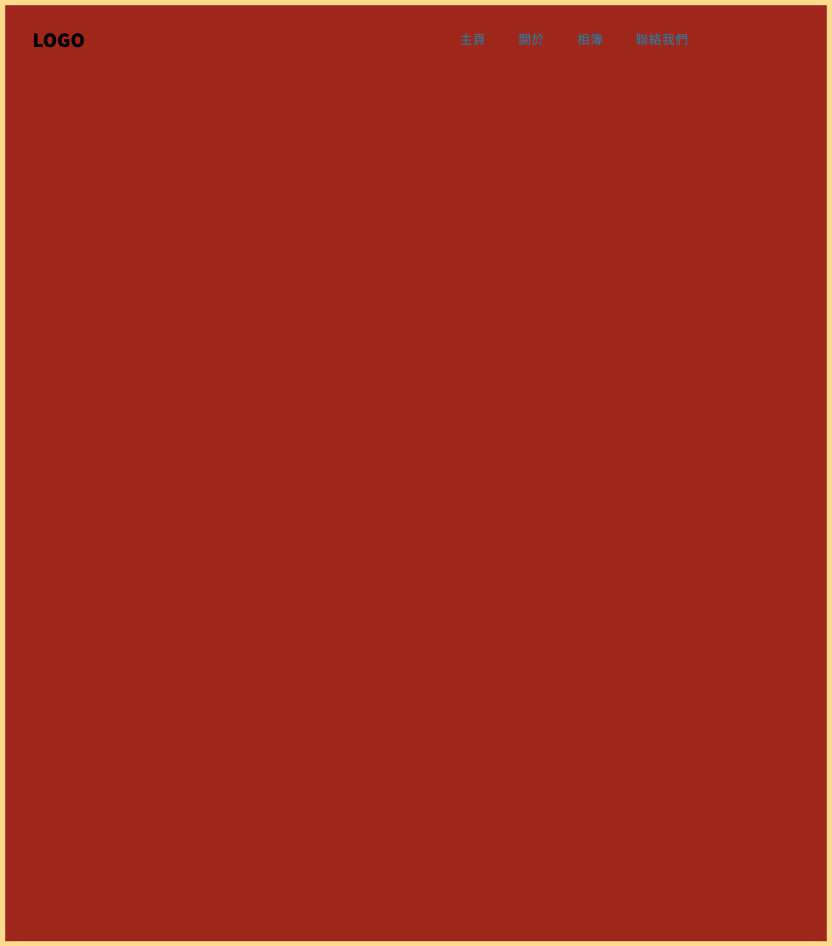
Repository: KevinYu0515/guanghui-food-website
Page: /
The author's editor kept a copy of each file at every save. The page is drawn from the files as they stood at one save, then again after a run of saves.
The browser window is 1280 px wide. The pictures show the whole page, at 65% of full size.
The project was rebuilt for these pictures with package versions that can differ from the ones it lists, and the page was loaded fresh each time. Also part of the build but not shown: vue.config.js.

Above is the page before, as saved 2022-03-17 14:39:08.

After the next 2 saves:
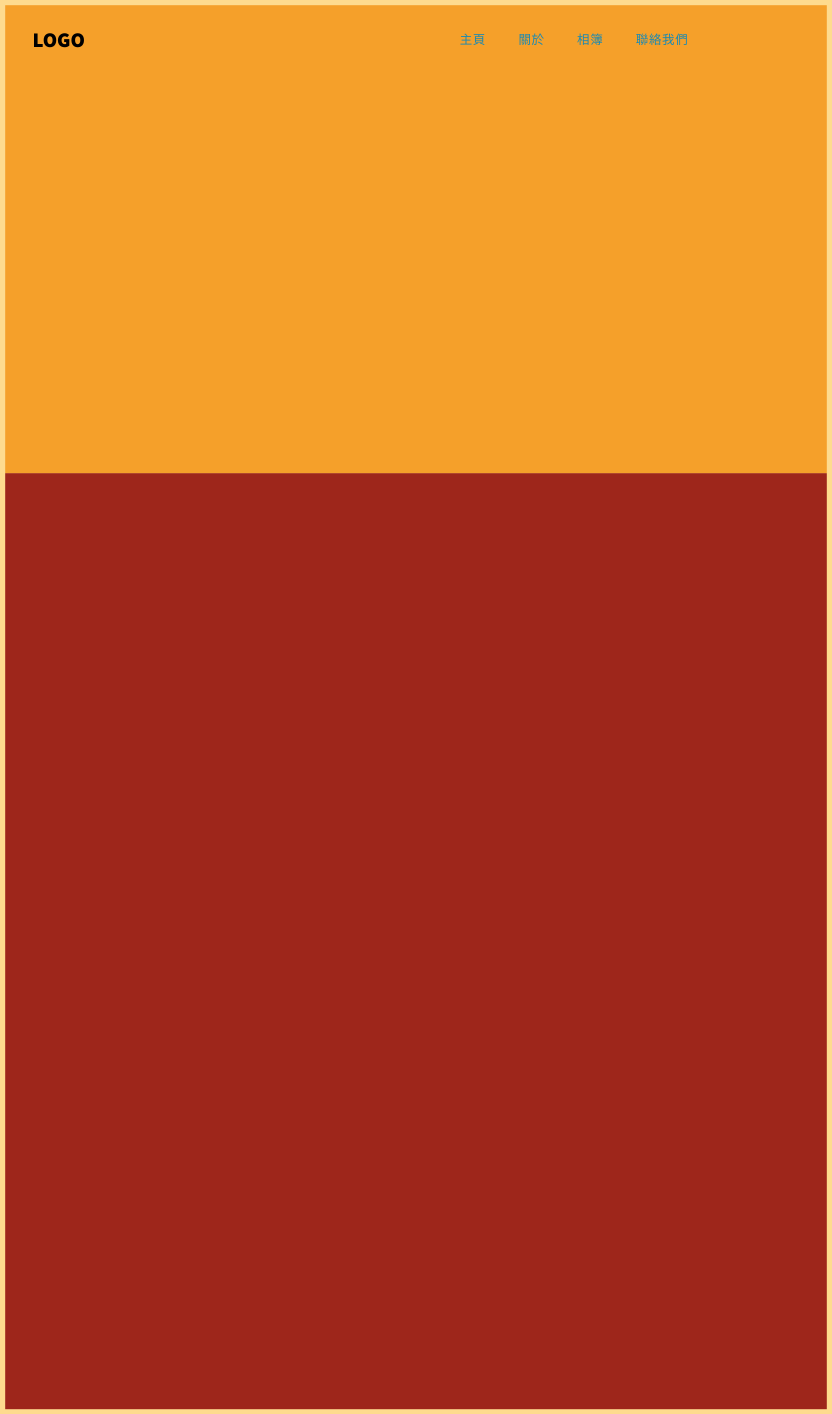
The 2 saves are shown as one change because they came seconds apart.
The last was saved 22 s later.
--- a/src/views/Home.vue
+++ b/src/views/Home.vue
@@ -13,8 +13,8 @@ export default {
 <style lang="scss" scoped>
 .home{
   background: #F5A02A;
-  width: 100vh;
-  height: 100%;
+  width: 100%;
+  height: 100vh;
 }
 .home_picture{
   height:80%;
